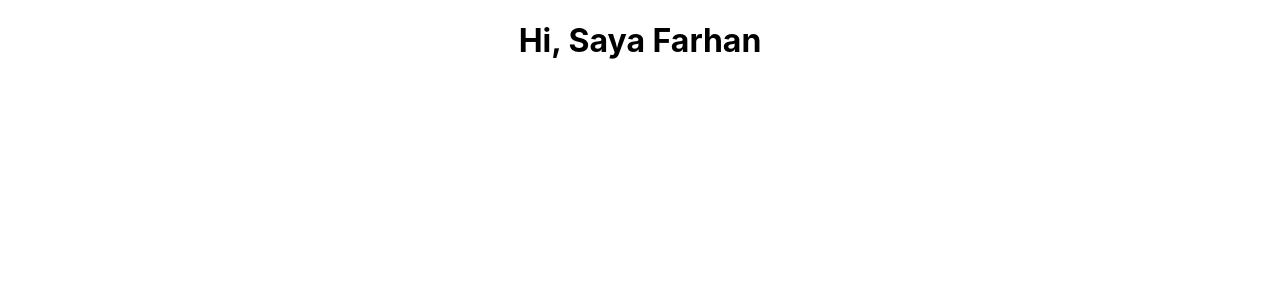
Repository: mfarhannr/Tugas-Reactjs_Farhan
Page: /
These files come from the project's save history. The page is drawn as it stood at one moment and after a run of saves; the edit follows.
The browser window is 1280 px wide. The pictures show the whole page.
The project was rebuilt for these pictures with package versions that can differ from the ones it lists, and the page was loaded fresh each time.

Above is the page before, as saved 2024-05-03 14:53:43.

### src/App.js
import './App.css';

function App() {
  return (
    <div className="App">
      <h1>Hi, Saya Farhan</h1>

    </div>
  );
}

export default App;

Loaded but not shown: public/index.html (common file); src/index.js (common file); src/index.css (common file); src/reportWebVitals.js (common file); src/App.css (common file)

After the next 2 saves:
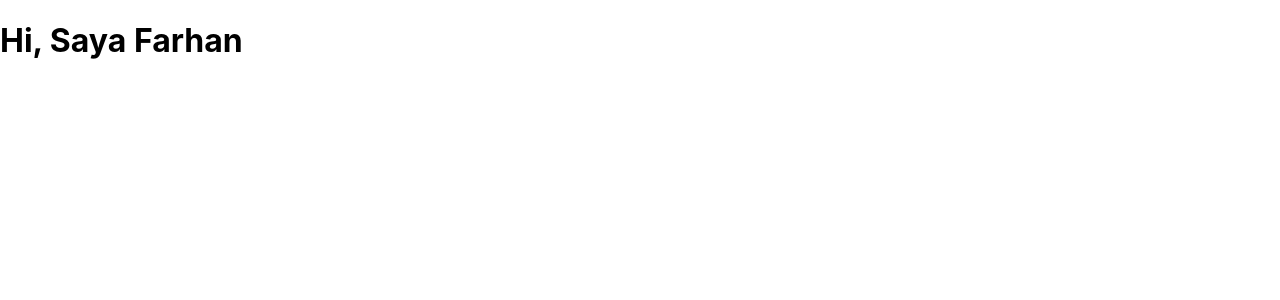
The 2 saves are shown as one change because they came seconds apart.
The last was saved 16 s later.
--- a/src/App.js
+++ b/src/App.js
@@ -2,7 +2,7 @@
 
 function App() {
   return (
-    <div className="App">
+    <div className="Card">
       <h1>Hi, Saya Farhan</h1>
 
     </div>

After the save that followed:
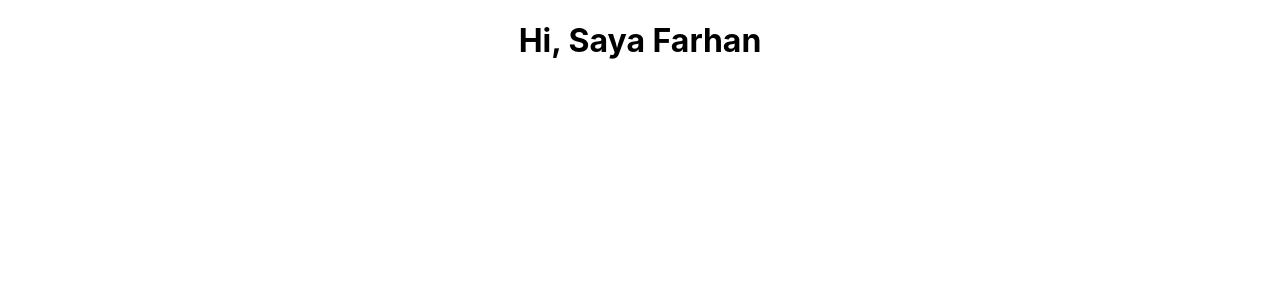
Saved 14 s later.
--- a/src/App.js
+++ b/src/App.js
@@ -2,7 +2,7 @@
 
 function App() {
   return (
-    <div className="Card">
+    <div className="App">
       <h1>Hi, Saya Farhan</h1>
 
     </div>
